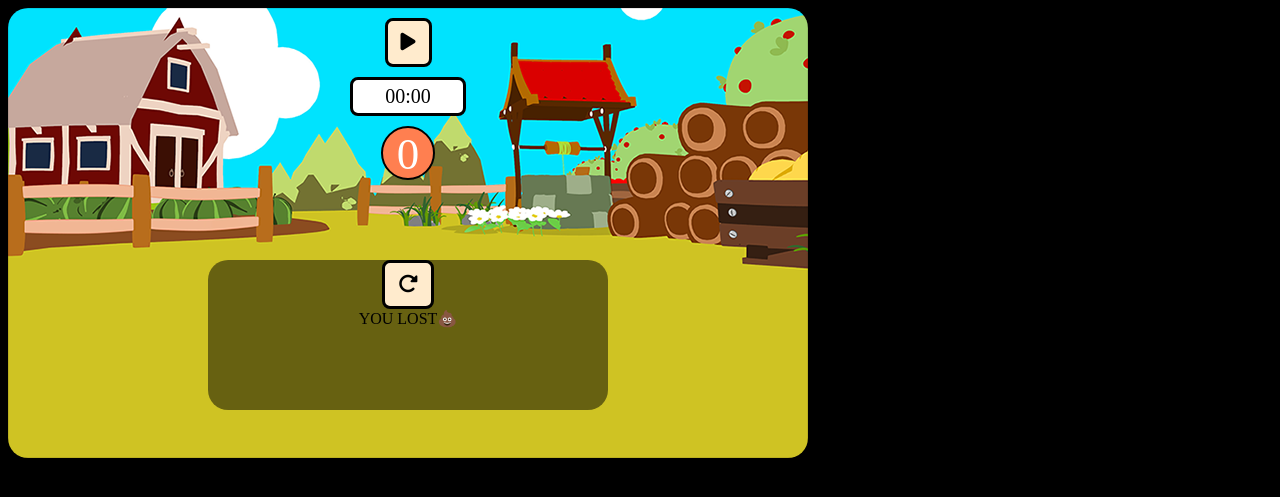
Repository: rladpwl0512/dreamcoding_browser101
Page: (7) catch-carrot-game/catch carrot/index.html
These files come from the project's save history. The page is drawn as it stood at one moment and after the next save; the edit follows.
The browser window is 1280 px wide. The pictures show the whole page.
Some web libraries are served in a nearby version.

Above is the page before, as saved 2021-10-07 17:48:27.

After the next save:
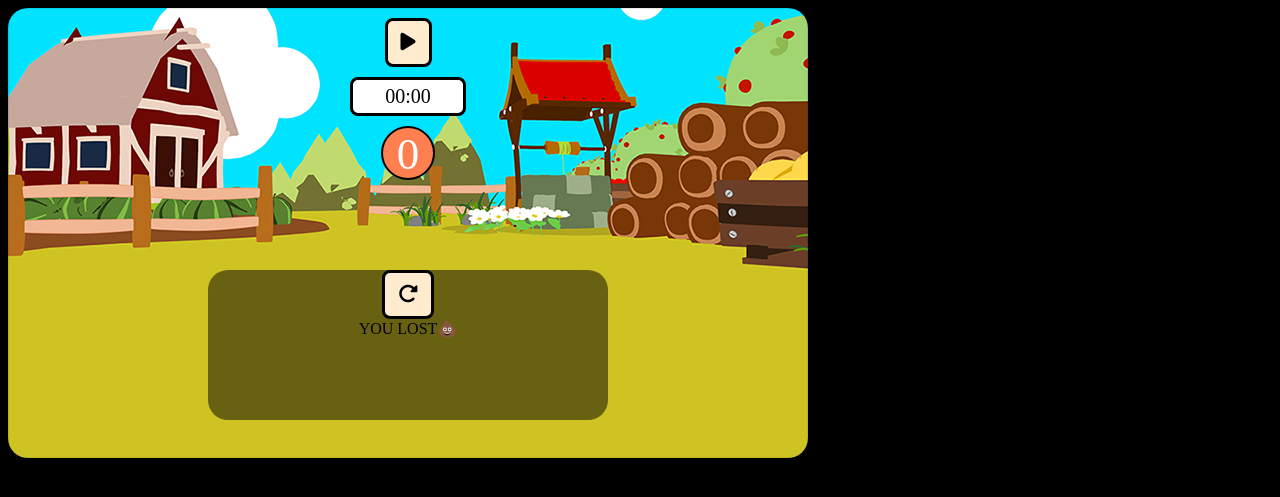
Saved 66 s later.
--- a/(7) catch-carrot-game/catch carrot/style.css
+++ b/(7) catch-carrot-game/catch carrot/style.css
@@ -84,3 +84,7 @@ button {
   border-radius: 20px;
   transform: translateY(80px);
 }
+
+.btn_replay {
+  margin-top: 10px;
+}

After the save that followed:
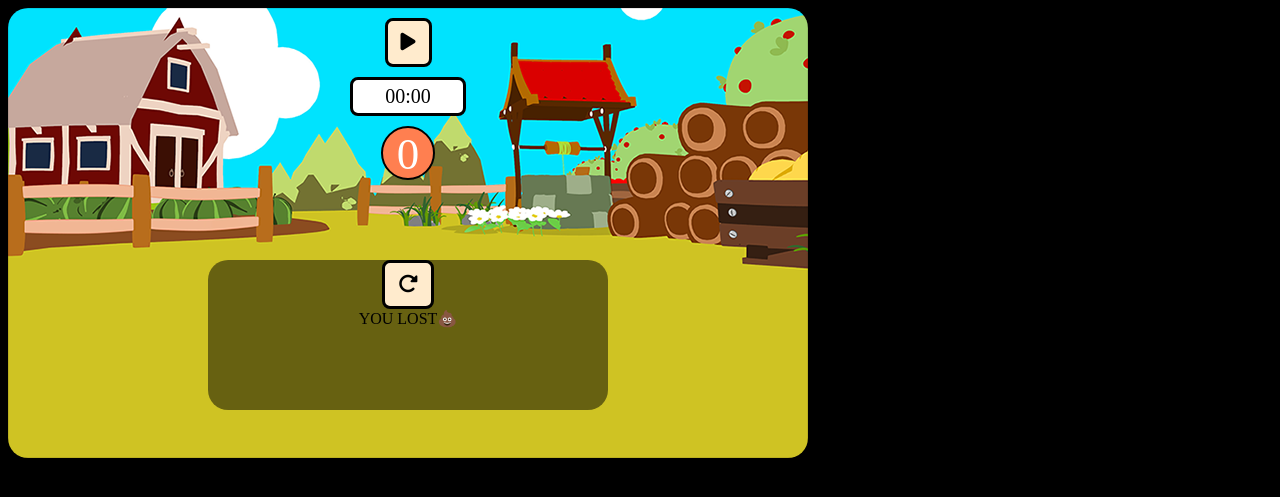
Saved 11 s later.
--- a/(7) catch-carrot-game/catch carrot/style.css
+++ b/(7) catch-carrot-game/catch carrot/style.css
@@ -84,7 +84,3 @@ button {
   border-radius: 20px;
   transform: translateY(80px);
 }
-
-.btn_replay {
-  margin-top: 10px;
-}
